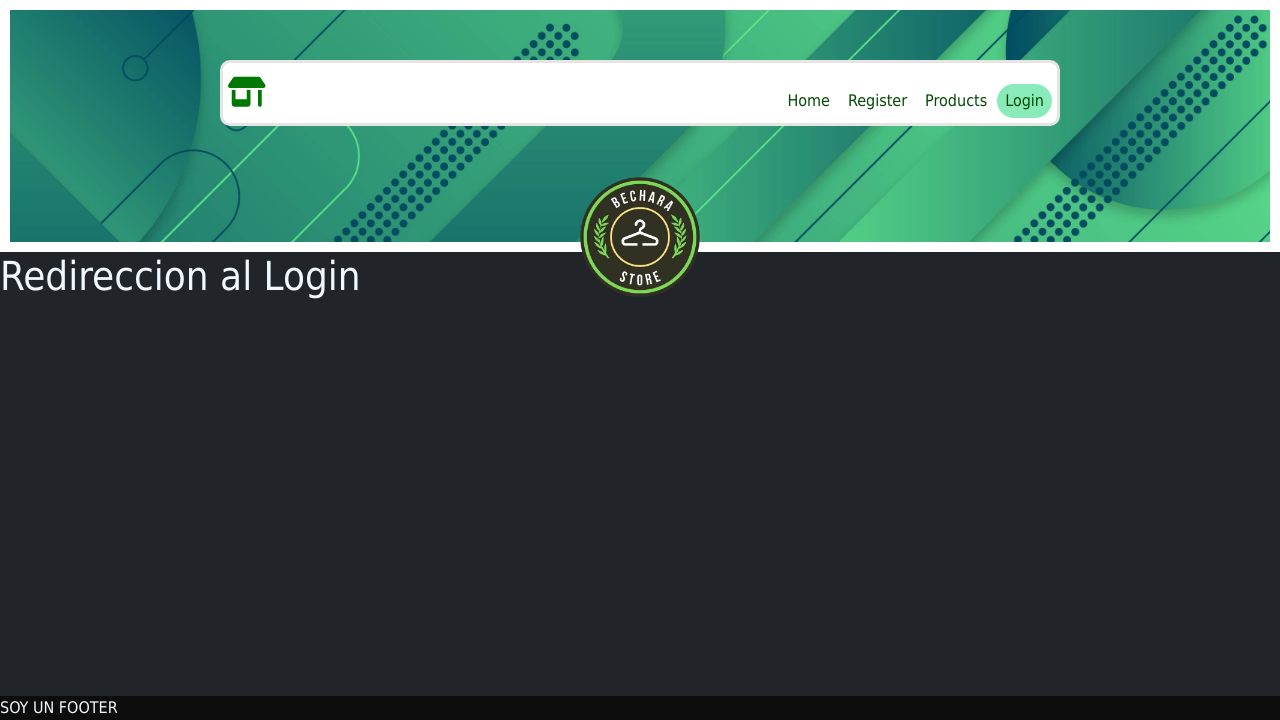
Repository: bechara611/becharastore
Page: /auth
These files come from the project's save history. The page is drawn as it stood at one moment and after the next save; the edit follows.
The browser window is 1280 px wide. The pictures show the whole page.
The project was rebuilt for these pictures with package versions that can differ from the ones it lists, and the page was loaded fresh each time.

Above is the page before, as saved 2023-01-27 14:39:30.

### public/index.html
<!DOCTYPE html>
<html lang="en">
  <head>
    <meta charset="utf-8" />
    <link rel="icon" href="%PUBLIC_URL%/favicon.ico" />
    <meta name="viewport" content="width=device-width, initial-scale=1" />
    <meta name="theme-color" content="#000000" />
    <meta
      name="description"
      content="Web site created using create-react-app"
    />
    <link rel="apple-touch-icon" href="%PUBLIC_URL%/logo192.png" />
    <link rel="preconnect" href="https://fonts.googleapis.com">
    <link rel="stylesheet" href="https://cdnjs.cloudflare.com/ajax/libs/font-awesome/6.2.1/css/all.min.css" integrity="sha512-MV7K8+y+gLIBoVD59lQIYicR65iaqukzvf/nwasF0nqhPay5w/9lJmVM2hMDcnK1OnMGCdVK+iQrJ7lzPJQd1w==" crossorigin="anonymous" referrerpolicy="no-referrer" />
<link rel="preconnect" href="https://fonts.gstatic.com" crossorigin>
<link rel="preconnect" href="https://fonts.googleapis.com">
<link rel="preconnect" href="https://fonts.gstatic.com" crossorigin>
<link href="https://fonts.googleapis.com/css2?family=Montserrat:ital,wght@0,100;0,200;0,300;0,400;0,500;0,600;0,700;0,800;0,900;1,100;1,200;1,300;1,500;1,700;1,800;1,900&family=Shadows+Into+Light&display=swap" rel="stylesheet">
    <!--
      manifest.json provides metadata used when your web app is installed on a
      user's mobile device or desktop. See https://developers.google.com/web/fundamentals/web-app-manifest/
    -->
    <link rel="manifest" href="%PUBLIC_URL%/manifest.json" />
    <!--
      Notice the use of %PUBLIC_URL% in the tags above.
      It will be replaced with the URL of the `public` folder during the build.
      Only files inside the `public` folder can be referenced from the HTML.

      Unlike "/favicon.ico" or "favicon.ico", "%PUBLIC_URL%/favicon.ico" will
      work correctly both with client-side routing and a non-root public URL.
      Learn how to configure a non-root public URL by running `npm run build`.
    -->

<link href="https://cdn.jsdelivr.net/npm/bootstrap@5.2.3/dist/css/bootstrap.min.css" rel="stylesheet" >


  </head>
  <body>
    <noscript>You need to enable JavaScript to run this app.</noscript>
    <div id="root"></div>
    <!--
      This HTML file is a template.
      If you open it directly in the browser, you will see an empty page.

      You can add webfonts, meta tags, or analytics to this file.
      The build step will place the bundled scripts into the <body> tag.

      To begin the development, run `npm start` or `yarn start`.
      To create a production bundle, use `npm run build` or `yarn build`.
    -->
    <script src="https://cdn.jsdelivr.net/npm/bootstrap@5.2.3/dist/js/bootstrap.bundle.min.js" integrity="sha384-kenU1KFdBIe4zVF0s0G1M5b4hcpxyD9F7jL+jjXkk+Q2h455rYXK/7HAuoJl+0I4" crossorigin="anonymous"></script>
  </body>

</html>

### src/index.js
import React from 'react';
import ReactDOM from 'react-dom/client';
import './index.css';
import {App} from './App';
import { BrowserRouter } from 'react-router-dom';
import 'animate.css';

const root = ReactDOM.createRoot(document.getElementById('root'));
root.render(
    <BrowserRouter>
    <App />
    </BrowserRouter>
);

### src/index.css

:root {
    --verde1: rgb(2, 74, 2);
    --verde2:rgb(1, 120, 1);
    --verde3:rgb(23, 215, 119,.5);
  }


*{
    color: aliceblue;
    /* font-family: 'Montserrat', sans-serif; */
    font-family: 'Droid Sans', Tahoma, Geneva, Verdana, sans-serif;

}

.fondito{
    background: red;
}
.fondito2{
    background: purple;
}

### src/App.jsx
import React from 'react'
import { Caparazon } from './UI/Components/Caparazon'
import { ContenedorPrincipal } from './UI/Components/ContenedorPrincipal'
import { Header } from './UI/Components/Header'
import { Footer } from './UI/Components/Footer'
import { MainCuerpo } from './UI/Components/MainCuerpo'
export const App = () => {
  return (
    <>
      {/*Primero el caparazon de la pagina, que es un div que tiene un 100vh de altura, el cual en el obtiene a sus children:
    esto children son el Header ocupando el 30vh y el Contenedor Principal ocupando el 70vh restante.
  */}
      <Caparazon>
        <Header></Header>
        <ContenedorPrincipal> {/*El contenedor principal a su vez lleva sus hijos dos elementos, el footer que le pusimos absolute para ubicarlo de ultimo y el MainCuerpo que tienes las rutas */}
          <MainCuerpo></MainCuerpo>{/*Este MainCuerpo tiene las rutas de la aplicacion, es el main de la pagina y lo que va a cambiar dependiendo donde estemos */}


          <Footer></Footer>  {/*Este es el footer que utilizamos para el pie de pagina, tiene posicion absolute como dije anteriormnete */}
        </ContenedorPrincipal>


      </Caparazon>
    </>

  )
}

### src/UI/Components/Caparazon.jsx
import React from 'react'
import './Caparazon.css'
export const Caparazon = ({ children }) => {
    return (
        <>
{/*Caparazon princiapal donde el mismo tiene un flex en colum, adentro tiene sus hijos que son un div que
ocupe el 70vh donde eesta todo lo demas y el 30vh primero es del header */}
            <div className='caparazonPrincipal bg-dark'>

                {children}

            </div>
        </>
    )
}

### src/UI/Components/ContenedorPrincipal.jsx
import React from 'react'
import './ContenedorPrincipal.css'
export const ContenedorPrincipal = ({ children }) => {
  return (
    <div className='ContenedorPrincipal'>
    {/*Aca de hijos tendran las rutas para verse en el medio y el footer, este tiene un position relative para que su hijo footer pueda
  ubicarse en la parte de abajo */}
      {children}
    </div>
  )
}

### src/UI/Components/Header.jsx
import React from 'react'
import './Header.css'
import { MenuNavbar } from './MenuNavbar'
import brand from './../../img/brand2.png'


export const Header = () => {
  return (
    <>
      {/*El header ocupa el 30vh de la pagina, el primer div lo tiene, aca se incorpora el nav y el logo. */}
      <div className="header">
        <div className="col-12">


          <MenuNavbar></MenuNavbar>
          <div className="row">
            <div className="col-12 filaLogoHeader">
              <img src={brand} className='brand animate__animated animate__flip' id='brand' alt="brand" />

            </div>
          </div>

        </div>

      </div>



    </>
  )
}

### src/UI/Components/Footer.jsx
import React from 'react'
import './Footer.css'
export const Footer = () => {
  return (
    <>
    {/*Aca este footer le estamos colocando una posicion absolute y a su padre relativa para poder ubicarlo al final de su div padre */}
    <div className="footer col-12">SOY UN FOOTER</div>
    </>

  )
}

### src/UI/Components/MainCuerpo.jsx
import React from 'react'
import { RouterApp } from '../../router/Routes'
import './MainCuerpo.css'

export const MainCuerpo = () => {

  return (
    <>
    {/*Aca se guardan las rutas como tal de la aplicacion y es llamado adentro de contenedorPrincipal */}
    <RouterApp></RouterApp>
    </>
    )
}

### src/UI/Components/Caparazon.css
/*Estilos del caparazon como tal principal*/
    /*Aca colocamos que el caparazonPrincipal ocupa toda la pantalla, y una direccion en column para que el header sea de 30vh y el resto el otro div  */
.caparazonPrincipal{
    display: flex;
    flex-direction: column;
    justify-content: space-between;
    min-height: 100vh;
}

### src/UI/Components/ContenedorPrincipal.css
/*Aca al contenedor ponemos positionRelative para que el footer pueda tener una posicion absoluta y se pueda posicionar al final*/
.ContenedorPrincipal{
    min-height: 65vh;

    position: relative;
}

### src/UI/Components/Header.css
.header {
    display: flex;
    background: rgb(157, 240, 194) url("./../../img/Header2.jpg");
    background-color: rgb(18, 18, 18);
    background-repeat: no-repeat;
    background-attachment: fixed;
    background-size: cover;
    background-position: top center;
    min-height: 30%;
    height: 35vh;
    max-height: 35vh;
    width: 100%;
    min-width: 100%;
    position: relative;
    border: 10px solid white;
}

/*Aca estoy posicion en el medio el logo como tal del header y luego abajo le pongo una posicion absolute para moverlo*/
.filaLogoHeader {
    display: flex;
    flex-direction: row;
    justify-content: center;

}

.brand {
    width: 150px;
    height: 150px;
    max-height: 150px;
    max-width: 150px;
    min-height: 150px;
    position: absolute;
    bottom: -30%;


}

/*?RESPONSIVE*/


@media(max-width:500px){

    .brand {
        width: 150px;
        height:150px;
        max-height: 150px;
        max-width: 150px;
        min-height: 150px;
        position: absolute;
        bottom: -5%;

    }
}

### src/UI/Components/MenuNavbar.jsx
import React from 'react'
import { NavLink } from 'react-router-dom';
import { Animacionlogo } from '../helper/AnimacionAlLogo';
import './MenuNavbar.css'

export const MenuNavbar = () => {
    return (
        <>
            {/**Aca va el navBar de la aplicacion que tendra el menu */}
            <div className="col-12 contenedor-nav">
                <nav className="navbar navbar-expand-md  menunav col-8 ">


                  <NavLink to={'/'}> <i className="fa-solid fa-shop marca"></i></NavLink>


                    <button
                        className="navbar-toggler"
                        type="button"
                        data-bs-toggle="collapse"
                        data-bs-target="#navbarNavAltMarkup"
                        aria-controls="navbarNavAltMarkup"
                        aria-expanded="false"
                        aria-label="Show / Hide Menu"
                    >
                        <span className="navbar-toggler-icon"></span>
                    </button>
                    <div className="collapse navbar-collapse mt-3" id="navbarNavAltMarkup">
                        <div className="navbar-nav col-12  contenedor-interno-nav">
                            <NavLink className={ ({isActive}) => `nav-item nav-link  ${ isActive ? 'activeLink':'' }` } to={'/'} onClick={()=>Animacionlogo()}>
                            Home</NavLink>
                            <NavLink className={ ({isActive}) => `nav-item nav-link  ${ isActive ? 'activeLink':'' }` } to={'/Register'} onClick={()=>Animacionlogo()}>Register</NavLink>
                            <NavLink className={ ({isActive}) => `nav-item nav-link  ${ isActive ? 'activeLink':'' }` } to={'/Products'} onClick={()=>Animacionlogo()}>Products</NavLink>
                            <NavLink className={ ({isActive}) => `nav-item nav-link   ${ isActive ? 'activeLink':'' }` } to={'/auth'} onClick={()=>Animacionlogo()}>Login</NavLink>
                            </div>
                    </div>
                </nav>
            </div>
        </>
    )
}

### src/UI/Components/Footer.css
.footer{
    background: rgb(13, 13, 14);
    position: absolute;
    bottom: 0%;

}

### src/router/Routes.jsx
import React from 'react'
import { Navigate, Route, Routes } from 'react-router-dom'

/*Este componente es nuestro router, que segun la URL donde estemos mostrada:
1) Una pagina Home
2) Pagina de registro
3) Pagina de login
4) Pagina de Productos
*/

export const RouterApp = () => {
  return (
    <Routes>
    <Route path='/' element={<h1>Home</h1>}></Route>
    <Route path='/auth' element={<h1>Redireccion al Login</h1>}></Route>
    <Route path='/Register' element={<h1>Register</h1>}></Route>
    <Route path='/Products' element={<h1>Productos</h1>}></Route>
    <Route path='/*' element={<Navigate to={'/'}></Navigate>}></Route>
    </Routes>
  )
}

### src/UI/helper/AnimacionAlLogo.js
export const Animacionlogo=()=>{
    const elemento= document.getElementById('brand');
    elemento.classList.remove('animate__flip')

    setTimeout(() => {
     elemento.classList.add('animate__flip')
    }, 200);
    return true;
}

### src/UI/Components/MenuNavbar.css
.contenedor-nav {
    position: fixed;
    display: flex;
    flex-direction: row;
    justify-content: center;
    align-self: center;
    align-items: center;
    position: absolute;
    bottom: 50%;
    z-index: 2;

}
.marca{
 font-size: 30px;
 color: black;
 color: var(--verde2);
 padding-right: 10px;

}

.menunav {
    background: rgba(255, 255, 255, 1);
    border-radius: 10px;
    padding: 5px;
    border: 3px solid rgba(205, 204, 200, 0.5);
    flex-wrap: wrap;
    display: flex;

}

/*Esta parte es el contenedor que tiene el navbar de los navLink es decir, menu como tal.
Estoy diciendo que normalmente estaran a la derecha.
*/
.contenedor-interno-nav {
    display: flex;
    flex-direction: row;
    justify-content: flex-end;
    flex-wrap: wrap;

}
/*Diseno a los links como tal*/
.nav-link{
    margin-left: 2px;
    color: var(--verde1);
    font-weight: 400;
    background: rgb(44, 232, 138,0);
    border-radius: 30px;
    padding: 5px;

}
.nav-link:hover{
   color: var(--verde2)

}
.activeLink{  background: var(--verde3);
    border-radius: 30px;}

/**-----------------------------------------------------------------------------*/

/*?RESPONSIVE*/

/*Para este apartado cuando llegue a cierto tamaño como tal el nav se pondra mas abajo para que al darle al boton se abra y se pueda apreciar y no quede muy arriba*/
@media(max-width:500px) {
    .contenedor-nav {
       position: sticky;

    }
    /*Aca haces que el navBar tenga todo el tamaño al llegar a dispositivos pequeños*/
    .menunav {
        width: 100%;

    }
}

/*SERIE DE RESPONSIVES A LOS PADDING DE LAS OPCIONES DEL MENU*/

@media(max-width:375px){
    .nav-link{
        margin-left: 5px;
    }
}

@media(max-width:262px){
    .nav-link{
        margin-left: 10px;
    }
    .menunav{
        justify-content: center;
        text-align: center;
        align-items: center;
        align-self: center;
    }
}

/*Necesidad de que el nav el menu se pongan o separados o uno debajo del otro cuando se active el boton del collapse*/
@media(max-width:992px) {
    .contenedor-interno-nav {
        justify-content: space-around;
    }
}

Loaded but not shown: src/UI/Components/MainCuerpo.css (no stored copy; drawn as an empty file)

After the next save:
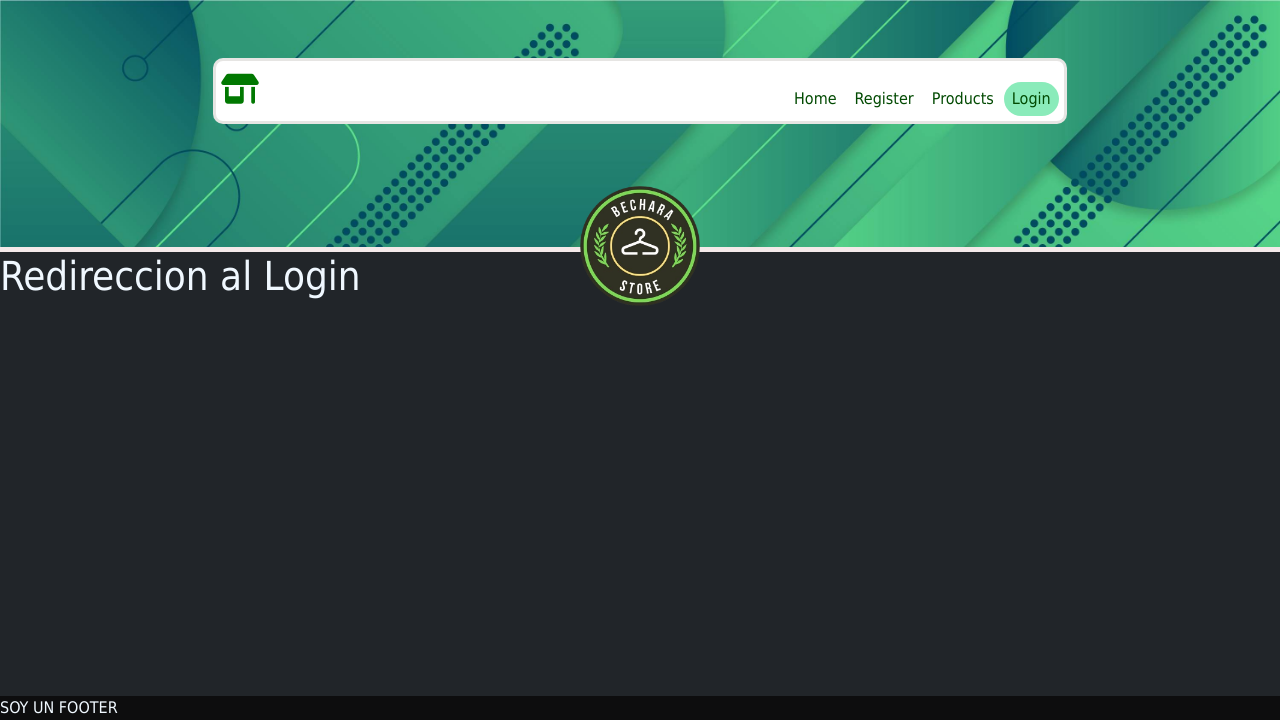
Saved 21 s later.
--- a/src/UI/Components/Header.css
+++ b/src/UI/Components/Header.css
@@ -12,7 +12,7 @@
     width: 100%;
     min-width: 100%;
     position: relative;
-    border: 10px solid white;
+    border-bottom: 5px solid rgb(244, 233, 233);
 }
 
 /*Aca estoy posicion en el medio el logo como tal del header y luego abajo le pongo una posicion absolute para moverlo*/
